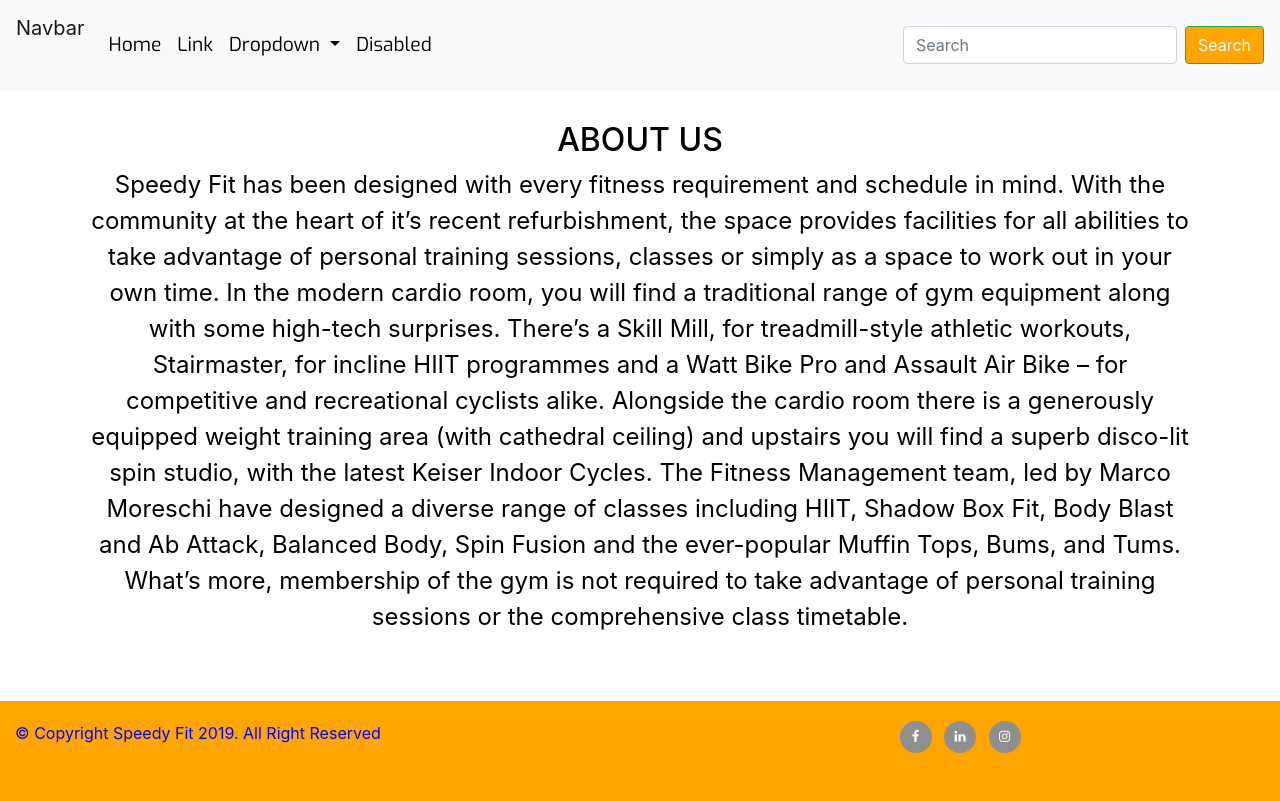
Repository: marcomoreschi/Milestrone-project
Page: index.html
The author's editor kept a record of every edit. The page is drawn from the files as they stood at one moment, then again after the next edit.
The browser window is 1280 px wide. The pictures show the whole page.
Some web libraries are served in a nearby version.

Above is the page before.

### index.html
<!DOCTYPE html>
<html lang="en">

<head>
    <meta charset="UTF-8">
    <meta name="viewport" content="width=device-width, initial-scale=1.0">
    <meta http-equiv="X-UA-Compatible" content="ie=edge">
    <link rel="stylesheet" href="https://maxcdn.bootstrapcdn.com/bootstrap/4.2.1/css/bootstrap.min.css" type="text/css" />
    <link rel="stylesheet" href="https://maxcdn.bootstrapcdn.com/font-awesome/4.7.0/css/font-awesome.min.css" type="text/css" />
    <link rel="stylesheet" href="https://cdnjs.cloudflare.com/ajax/libs/hover.css/2.1.1/css/hover-min.css" type="text/css" />
    <link rel="stylesheet" href="assets/css/style.css">
    <title>Speedy Fit</title>
</head>

<body>

    <header>
        <nav class="navbar navbar-expand-lg navbar-light bg-light">
  <a class="navbar-brand" href="#">Navbar</a>
  <button class="navbar-toggler" type="button" data-toggle="collapse" data-target="#navbarSupportedContent" aria-controls="navbarSupportedContent" aria-expanded="false" aria-label="Toggle navigation">
    <span class="navbar-toggler-icon"></span>
  </button>

  <div class="collapse navbar-collapse" id="navbarSupportedContent">
    <ul class="navbar-nav mr-auto">
      <li class="nav-item active">
        <a class="nav-link" href="#">Home <span class="sr-only">(current)</span></a>
      </li>
      <li class="nav-item">
        <a class="nav-link" href="#">Link</a>
      </li>
      <li class="nav-item dropdown">
        <a class="nav-link dropdown-toggle" href="#" id="navbarDropdown" role="button" data-toggle="dropdown" aria-haspopup="true" aria-expanded="false">
          Dropdown
        </a>
        <div class="dropdown-menu" aria-labelledby="navbarDropdown">
          <a class="dropdown-item" href="#">Action</a>
          <a class="dropdown-item" href="#">Another action</a>
          <div class="dropdown-divider"></div>
          <a class="dropdown-item" href="#">Something else here</a>
        </div>
      </li>
      <li class="nav-item">
        <a class="nav-link disabled" href="#" tabindex="-1" aria-disabled="true">Disabled</a>
      </li>
    </ul>
    <form class="form-inline my-2 my-lg-0">
      <input class="form-control mr-sm-2" type="search" placeholder="Search" aria-label="Search">
      <button class="btn btn-outline-success my-2 my-sm-0" type="submit">Search</button>
    </form>
  </div>
</nav>

    <!-- navbar
        <nav class="navbar navbar-expand-lg navbar-light bg-light">
            <a class="navbar-brand" href="index.html">
      <img src="assets/images/logo.jpg"></img>
        </a>
            <button class="navbar-toggler" type="button" data-toggle="collapse" data-target="#navbarNavDropdown" aria-controls="navbarNavDropdown" aria-expanded="false" aria-label="Toggle navigation">
    <span class="navbar-toggler-icon"></span>
  </button>
            <div class="collapse navbar-collapse" id="navbarNavDropdown">
                <ul class="navbar-nav">
                    <li class="nav-item active">
                        <a class="nav-link" href="index.html">About<span class="sr-only">(current)</span></a>
                    </li>
                    <li class="nav-item">
                        <a class="nav-link" href="classes.html">Classes</a>
                    </li>
                    <li class="nav-item">
                        <a class="nav-link" href="membership&trainingcost.html">Membership & Training Cost</a>
                    </li>
                    <li class="nav-item">
                        <a class="nav-link" href="contact.html">Contact</a>
                    </li>
                </ul>
            </div>
        </nav>
  -->
    </header>

    <section class="container about-us-section">

        <div class="row">

            <h2 class="col-sm-12">About Us</h2>

            <p class=col-sm-12> Speedy Fit has been designed with every fitness requirement and schedule in mind. With the community at the heart of it’s recent refurbishment, the space provides facilities for all abilities to take advantage of personal training sessions, classes
            or simply as a space to work out in your own time. In the modern cardio room, you will find a traditional range of gym equipment along with some high-tech surprises. There’s a Skill Mill, for treadmill-style athletic workouts, Stairmaster,
            for incline HIIT programmes and a Watt Bike Pro and Assault Air Bike – for competitive and recreational cyclists alike. Alongside the cardio room there is a generously equipped weight training area (with cathedral ceiling) and upstairs you
            will find a superb disco-lit spin studio, with the latest Keiser Indoor Cycles. The Fitness Management team, led by Marco Moreschi have designed a diverse range of classes including HIIT, Shadow Box Fit, Body Blast and Ab Attack, Balanced
            Body, Spin Fusion and the ever-popular Muffin Tops, Bums, and Tums. What’s more, membership of the gym is not required to take advantage of personal training sessions or the comprehensive class timetable.
            </p>

        </div>

    </section>

    <footer class="container-fluid ">
        <div id="footer-details " class="row ">
            <div class="col-sm-6 ">
                <p class="copyright">&#169; Copyright Speedy Fit 2019. All Right Reserved</p>
            </div>
            <div class="col-sm-6 ">
                <ul class="list-inline social-links ">
                    <li class="list-inline-item ">
                        <a target="_blank " href="# ">
                            <i class="fa fa-facebook " aria-hidden="true "></i>
                            <span class="sr-only ">Facebook</span>
                        </a>
                    </li>
                    <li class="list-inline-item ">
                        <a target="_blank " href="#">
                            <i class="fa fa-linkedin " aria-hidden="true "></i>
                            <span class="sr-only ">LinkedIn</span>
                        </a>
                    </li>
                    <li class="list-inline-item ">
                        <a target="_blank " href="# ">
                            <i class="fa fa-instagram " aria-hidden="true "></i>
                            <span class="sr-only ">Instagram</span>
                        </a>
                    </li>
                </ul>
            </div>
        </div>
    </footer>
<script src="https://code.jquery.com/jquery-3.3.1.slim.min.js" integrity="sha384-q8i/X+965DzO0rT7abK41JStQIAqVgRVzpbzo5smXKp4YfRvH+8abtTE1Pi6jizo" crossorigin="anonymous"></script>
<script src="https://cdnjs.cloudflare.com/ajax/libs/popper.js/1.14.6/umd/popper.min.js" integrity="sha384-wHAiFfRlMFy6i5SRaxvfOCifBUQy1xHdJ/yoi7FRNXMRBu5WHdZYu1hA6ZOblgut" crossorigin="anonymous"></script>
<script src="https://stackpath.bootstrapcdn.com/bootstrap/4.2.1/js/bootstrap.min.js" integrity="sha384-B0UglyR+jN6CkvvICOB2joaf5I4l3gm9GU6Hc1og6Ls7i6U/mkkaduKaBhlAXv9k" crossorigin="anonymous"></script>
</body>

</html>

### assets/css/style.css
@import url('https://fonts.googleapis.com/css?family=Roboto:100,200,300,400,500,600,700|Exo:100,200,300,400,500,600,700');


/* -----------------------------------------Heading */

.navbar {
    margin-bottom: 0;
    border: 0;
    background-color: black;
    text-align: center;
}

.navbar-brand {
    height: 75px;
}

.navbar-brand img {
    width: 70px;
    height: 70px;
    border-radius: 50%;
}

.nav-item a {
    font-size: 1.2em;
    font-family: 'Exo', sans-serif;
    color: black !important;
}

.navbar ul li a:hover {
    color: #ffa500 !important;
    transition: all 0.35s ease-in-out;
    -moz-transition: all 0.35s ease-in-out;
    -webkit-transition: all 0.35s ease-in-out;
    -o-transition: all 0.35s ease-in-out;
}

/* -----------------------------------------About */

.rope {
    width: 100%;
    height: 600px;
}

.container h2 {
    text-align: center;
    padding-top: 30px;
    color: #000;
    text-transform: uppercase;
}

.container p {
    text-align: center;
    padding-bottom: 50px;
    color: #000;
    font-size: 1.5em;
}
/* -----------------------------------------Contact Form */


.container-fluid h3 {
    text-transform: uppercase;
    font-weight: bold;
    text-align: center;
}
.contact-heading {
    font-family: "Exo", sans-serif;
    font-weight: 300;
    margin-top: 25px;
    margin-bottom: 20px;
}

.center-form {
    padding-top: 20px;
    margin: 0 auto;
    max-width: 70%;
}

button[type="submit"] {
    margin-top: 15px;
    margin-bottom: 20px;
    color: #fafafa;
    background-color: #ffa500;
}

/* create media queries so it look good on mobilephone */
@media(min-width: 992px) {
    .center-form {
        padding-top: 30px;
        min-height: 240px;
        margin: 0 auto;
        max-width: 50%;
    }
}

/* -----------------------------------------Footer */

footer {
    background-color: #ffa500;
    color: #fafafa;
    min-height: 100px;
    margin: 0;
}

.social-links {
    padding-top: 20px;
    text-align: center;
}

.social-links li a i {
    width: 32px;
    height: 32px;
    padding: 12px 0;
    border-radius: 50%;
    font-size: 13px;
    line-height: 7px;
    text-align: center;
    color: #fafafa;
    background: #8f8f8f;
    transition: all 0.35s ease-in-out;
    -moz-transition: all 0.35s ease-in-out;
    -webkit-transition: all 0.35s ease-in-out;
    -o-transition: all 0.35s ease-in-out;
}

.social-links li a i:hover {
    background: #e84610;
}

.copyright {
    color: blue;
    padding-top: 20px;
}

After the next edit:
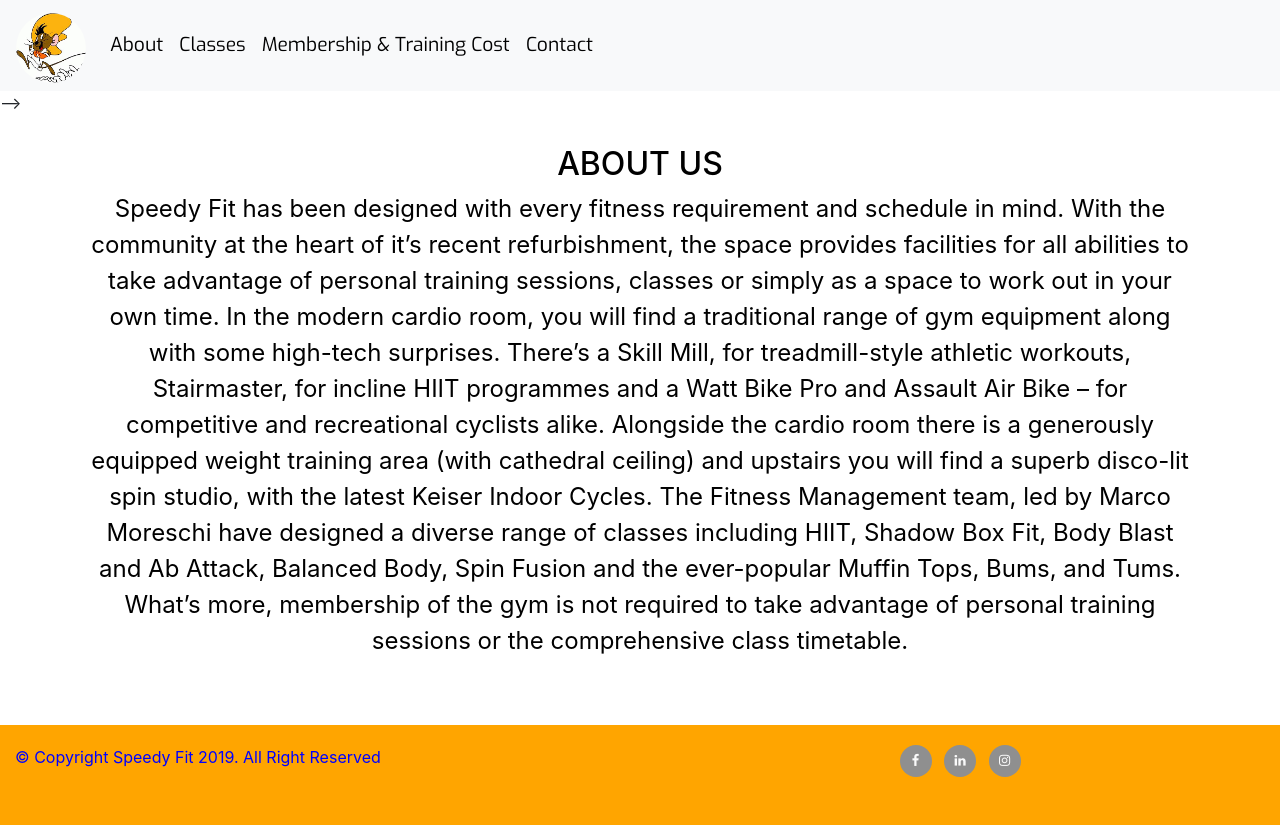
The edit:
--- a/index.html
+++ b/index.html
@@ -15,43 +15,7 @@
 <body>
 
     <header>
-        <nav class="navbar navbar-expand-lg navbar-light bg-light">
-  <a class="navbar-brand" href="#">Navbar</a>
-  <button class="navbar-toggler" type="button" data-toggle="collapse" data-target="#navbarSupportedContent" aria-controls="navbarSupportedContent" aria-expanded="false" aria-label="Toggle navigation">
-    <span class="navbar-toggler-icon"></span>
-  </button>
 
-  <div class="collapse navbar-collapse" id="navbarSupportedContent">
-    <ul class="navbar-nav mr-auto">
-      <li class="nav-item active">
-        <a class="nav-link" href="#">Home <span class="sr-only">(current)</span></a>
-      </li>
-      <li class="nav-item">
-        <a class="nav-link" href="#">Link</a>
-      </li>
-      <li class="nav-item dropdown">
-        <a class="nav-link dropdown-toggle" href="#" id="navbarDropdown" role="button" data-toggle="dropdown" aria-haspopup="true" aria-expanded="false">
-          Dropdown
-        </a>
-        <div class="dropdown-menu" aria-labelledby="navbarDropdown">
-          <a class="dropdown-item" href="#">Action</a>
-          <a class="dropdown-item" href="#">Another action</a>
-          <div class="dropdown-divider"></div>
-          <a class="dropdown-item" href="#">Something else here</a>
-        </div>
-      </li>
-      <li class="nav-item">
-        <a class="nav-link disabled" href="#" tabindex="-1" aria-disabled="true">Disabled</a>
-      </li>
-    </ul>
-    <form class="form-inline my-2 my-lg-0">
-      <input class="form-control mr-sm-2" type="search" placeholder="Search" aria-label="Search">
-      <button class="btn btn-outline-success my-2 my-sm-0" type="submit">Search</button>
-    </form>
-  </div>
-</nav>
-
-    <!-- navbar
         <nav class="navbar navbar-expand-lg navbar-light bg-light">
             <a class="navbar-brand" href="index.html">
       <img src="assets/images/logo.jpg"></img>

After the edit that followed:
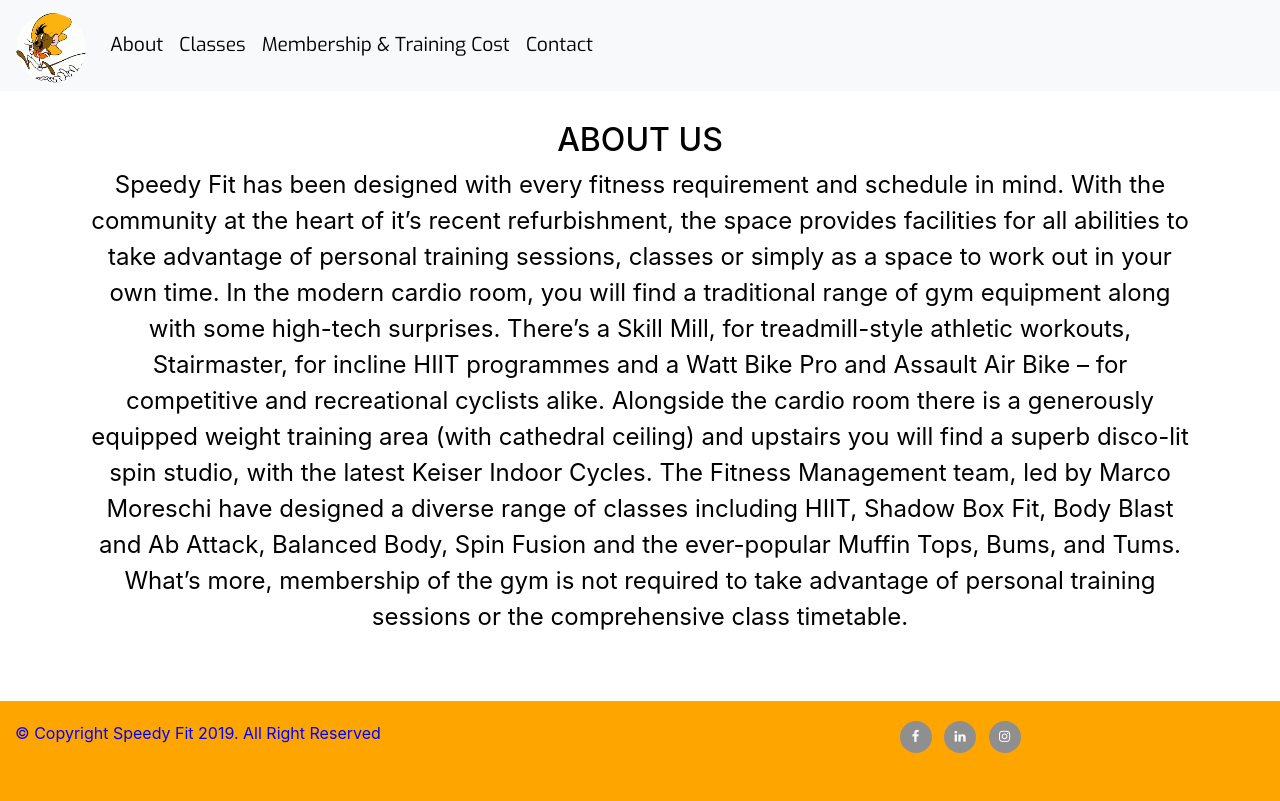
The edit:
--- a/index.html
+++ b/index.html
@@ -40,7 +40,7 @@
                 </ul>
             </div>
         </nav>
-  -->
+
     </header>
 
     <section class="container about-us-section">
